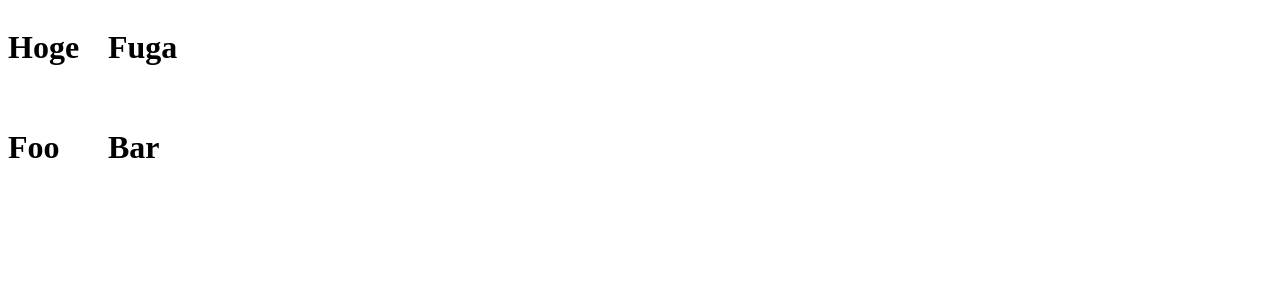
Repository: mayu0000/samurai_HTML-CSS
Page: sample.html
The author's editor kept a record of every edit. The page is drawn from the files as they stood at one moment, then again after the next edit.
The browser window is 1280 px wide. The pictures show the whole page.

Above is the page before.

### sample.html
<html lang = "ja">
    <head>
        <style>
           #grid {
               display: grid;
               grid-template-columns: 100px 100px;
               grid-template-rows: 100px 100px 100px;
           }
        </style>
        <body>
            <div id = "grid">
                <h1>Hoge</h1>
                <h1>Fuga</h1>
                <h1>Foo</h1>
                <h1>Bar</h1>
            </div>
        </body>
    </head>

</html>

After the next edit:
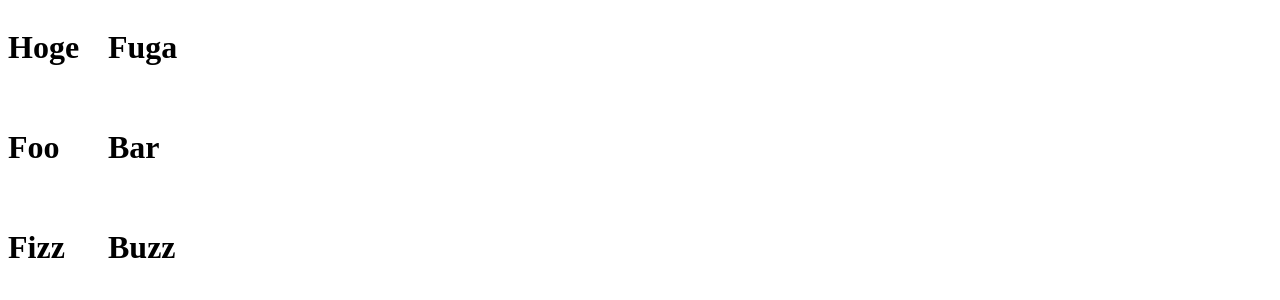
The edit:
--- a/sample.html
+++ b/sample.html
@@ -13,6 +13,8 @@
                 <h1>Fuga</h1>
                 <h1>Foo</h1>
                 <h1>Bar</h1>
+                <h1>Fizz</h1>
+                <h1>Buzz</h1>
             </div>
         </body>
     </head>
